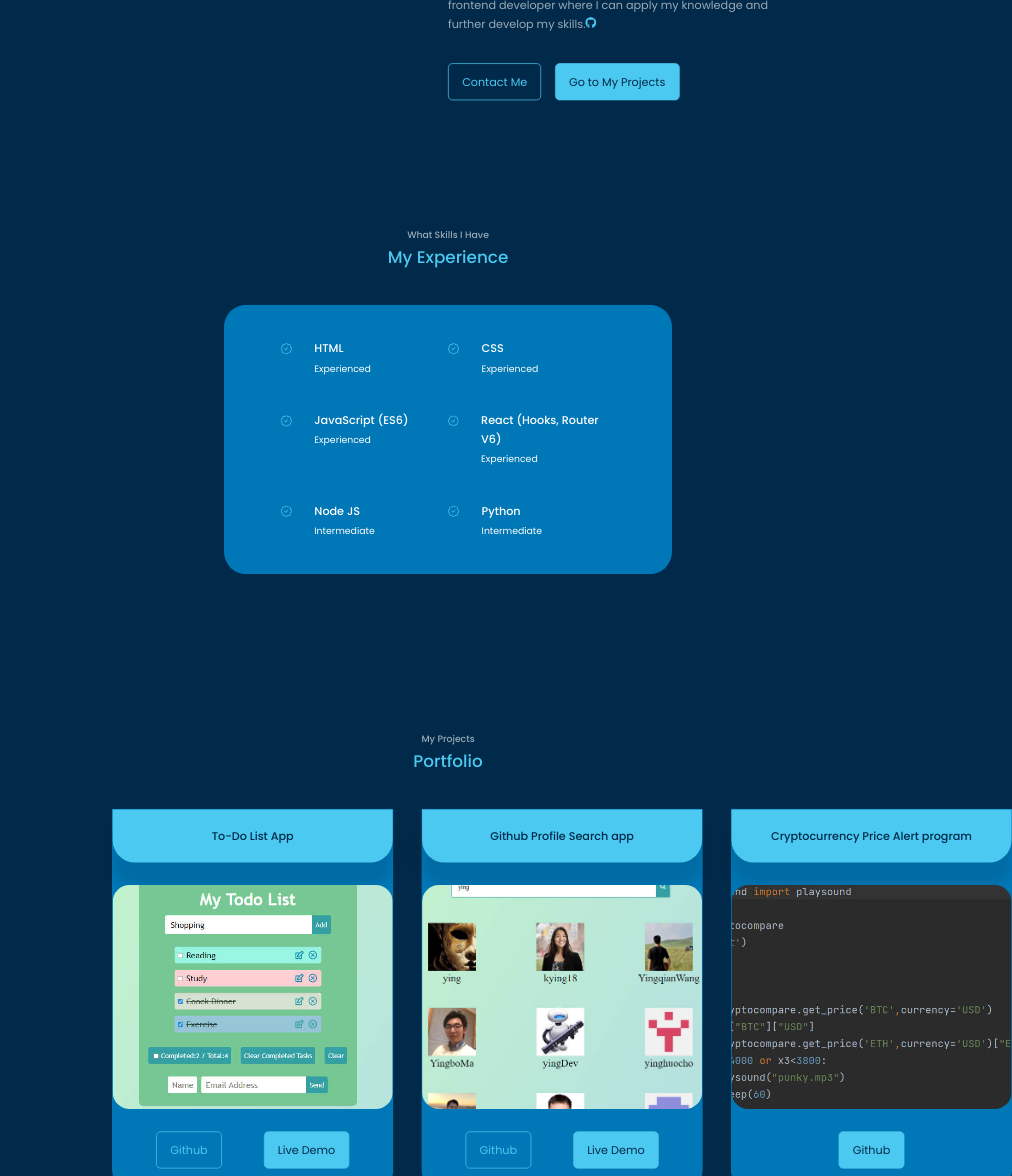
Repository: yingluo1020/react-portfolio-website
Page: /
The author's editor kept a copy of each file at every save. The page is drawn from the files as they stood at one save, then again after the next save.
The browser window is 1280 px wide. The page is 1446 px wide, so the pictures cover 1446 px, including what lies to the right of the window. The pictures show the part of the page from y = 915 to 2595 px (the page is 3823 px tall before and 3743 px after), at 70% of full size.
The project was rebuilt for these pictures with package versions that can differ from the ones it lists, and the page was loaded fresh each time. Imported but missing from the stored project, and not drawn on this page: src/assets/YingLuo_resume.pdf.

Above is the page before, as saved 2022-03-16 12:04:37.

### src/index.css
@import url('https://fonts.googleapis.com/css2?family=Poppins:wght@300;400;500;600&display=swap');

* {
 margin: 0;
 padding: 0;
 border: 0;
 outline: 0;
 box-sizing: border-box;
 list-style: none;
 text-decoration: none;
}

:root {
    --color-bg:#012a4a;
    --color-bg-variant:#0077b6;
    --color-primary:#4cc9f0;
    --color-primary-variant:rgba(77,181,255,0.4);
    --color-white:#fff;
    --color-light:rgba(255,255,255,0.6);

    --transition:all 400ms ease;

    --container-width-lg:75%;
    --container-width-md:86%;
    --container-width-sm:90%;
}

html {
    scroll-behavior:smooth;
}

::-webkit-scrollbar {
    display: none;
}

body {
    font-family: 'Poppins', sans-serif;
    background: var(--color-bg);
    color:var(--color-white);
    line-height:1.7;
}

/* general styles */
.container {
    width:var(--container-width-lg);
    margin: 0 auto;
}

h1,
h2,
h3,
h4,
h5 {
    font-weight: 500;
}

h1 {
    font-size: 2.5rem;
}

section {
    min-height: 100vh;
}

section > h2, section > h5 {
    text-align: center;
    color: var(--color-light);
}

section > h2 {
    color: var(--color-primary);
    margin-bottom: 3rem;
}

.text-light {
    color: var(--color-light);
}

a {
    color: var(--color-primary);
    transition: var(--transition);
}

a:hover {
    color: var(--color-white);
}

.btn {
    width: max-content;
    display: inline-block;
    color: var(--color-primary);
    padding: 0.75rem 1.2rem;
    border-radius:0.4rem;
    cursor: pointer;
    border: 1px solid var(--color-primary);
    transition: var(--transition);
}

.btn:hover{
    background: var(--color-white);
    color: var(--color-bg);
    border-color: transparent;
}

.btn-primary {
    background: var(--color-primary);
    color: var(--color-bg);
}

img{
    display: block;
    width: 100%;
    object-fit: cover;
}

/* media queries(medium devices)*/
@media screen and (max-width:1024px) {
    .container {
        width: var(--container-width-sm);
    }

    section> h2 {
        margin-bottom: 2rem;
    }
}

### src/components/header/Header.js
import React from 'react'
import avatar from '../../assets/avatar.JPG'
import './header.css';
import CV from '../../assets/YingLuo_resume.pdf'


function Header() {
    return (
        <header>
            <div className="container header_container">
                <h5>Hello, I'm</h5>
                <h1>Ying Luo</h1>
                <h5 className="text-light">Front-end Developer</h5>

                <div className='cta'>
                    <a href={CV} download className='btn'>Download My CV</a>
                    <a href="#contact" className='btn btn-primary'>Contact me</a>
                </div>
            </div>
        </header>
    )
}

export default Header

### src/components/nav/Nav.js
import React, { useState } from 'react'
import './nav.css'
import { AiOutlineHome, } from 'react-icons/ai'
import { AiOutlineUser } from 'react-icons/ai'
import { BiBook } from 'react-icons/bi'
import { AiOutlineFundProjectionScreen } from 'react-icons/ai'
import { BiMessageSquareDetail } from 'react-icons/bi'


function Nav() {
    const [activeNav, setActiveNav] = useState('#')
    return (
        <nav>
            <a href="#" onClick={() => setActiveNav('#')} className={activeNav === '#' ? 'active' : ''}><AiOutlineHome /></a>
            <a href="#about" onClick={() => setActiveNav('#about')} className={activeNav === '#about' ? 'active' : ''}><AiOutlineUser /></a>
            <a href="#experience" onClick={() => setActiveNav('#experience')} className={activeNav === '#experience' ? 'active' : ''}><BiBook /></a>
            <a href="#portfolio" onClick={() => setActiveNav('#services')} className={activeNav === '#services' ? 'active' : ''}><AiOutlineFundProjectionScreen /></a>
            <a href="#contact" onClick={() => setActiveNav('#contact')} className={activeNav === '#contact' ? 'active' : ''}><BiMessageSquareDetail /></a>
        </nav>
    )
}

export default Nav

### src/components/about/About.js
import React from 'react'
import avatar from '../../assets/avatar.JPG'
import { FaChalkboardTeacher } from 'react-icons/fa'
import { VscFolderLibrary } from 'react-icons/vsc'
import { FaGithub } from 'react-icons/fa';
import './about.css';

function About() {
    return (
        <section id='about'>
            <h5>My Intro</h5>
            <h2>About Me</h2>

            <div className="container about_container">
                <div className="about_me">
                    <div className="about_image">
                        <img src={avatar} alt="About Image" />
                    </div>
                </div>

                <div className="about_content">
                    <div className="about_cards">
                        <article className="about_card">
                            <FaChalkboardTeacher className='about_icon' />
                            <h5> Self-learner on Frontend </h5>
                            <small>HTML/CSS, JavaScript, React, Axios...</small>
                        </article>

                        <article className="about_card">
                            <VscFolderLibrary className='about_icon' />
                            <h5>Personal IT Projects </h5>
                            <small>10+ completed:  </small>
                            <a href="https://github.com/yingluo1020" target="_blank"><FaGithub /></a>
                        </article>
                    </div>

                    <p>I am a highly motivated self-learner software developer with experience in developing a wide range of web applications and software. My core experience is on building front-end applications using HTML, CSS, JavaScript and React. Furthermore, I have developed various automated applications using Python to reduce repetitive and time-consuming tasks. I am currently seeking to be a frontend developer where I can apply my knowledge and further develop my skills.
                        <a href="https://github.com/yingluo1020" target="_blank"><FaGithub /></a>
                    </p>
                    <div className="about_btn">
                        <a href="#contact" className="btn btn">Contact Me</a>
                        <a href="#" target="_blank" className="btn btn-primary">Go to My Projects</a>
                    </div>

                </div>
            </div>
        </section>
    )
}

export default About

### src/components/experience/Experience.js
import React from 'react'
import './experience.css';
import { BsPatchCheck } from 'react-icons/bs'


function Experience() {
    return (
        <section id='experience'>
            <h5>What Skills I Have</h5>
            <h2>My Experience</h2>

            <div className="container experience_container">
                <article className='experience_details'>
                    <BsPatchCheck className='experience_details-icon' />
                    <div>
                        <h4>HTML</h4>
                        <small className='text_light'>Experienced</small>
                    </div>
                </article>
                <article className='experience_details'>
                    <BsPatchCheck className='experience_details-icon' />
                    <div>
                        <h4>CSS</h4>
                        <small className='text_light'>Experienced</small>
                    </div>
                </article>
                <article className='experience_details'>
                    <BsPatchCheck className='experience_details-icon' />
                    <div>
                        <h4>JavaScript (ES6)</h4>
                        <small className='text_light'>Experienced</small>
                    </div>
                </article>
                <article className='experience_details'>
                    <BsPatchCheck className='experience_details-icon' />
                    <div>
                        <h4>React (Hooks, Router V6) </h4>
                        <small className='text_light'>Experienced</small>
                    </div>
                </article>
                <article className='experience_details'>
                    <BsPatchCheck className='experience_details-icon' />
                    <div>
                        <h4>Node JS</h4>
                        <small className='text_light'>Intermediate</small>
                    </div>
                </article>
                <article className='experience_details'>
                    <BsPatchCheck className='experience_details-icon' />
                    <div>
                        <h4>Python</h4>
                        <small className='text_light'>Intermediate</small>
                    </div>
                </article>
            </div>

        </section>
    )
}

export default Experience

### src/components/portfolio/Portfolio.js
import React from 'react'
import './portfolio.css';
import project1 from '../../assets/todo1.jpg'
import project2 from '../../assets/search.jpg'
import project3 from '../../assets/btc_alert.jpg'



function Portfolio() {
    return (
        <section id='portfolio'>
            <h5>My Projects</h5>
            <h2>Portfolio</h2>
            <div className="container portfolio_container ">
                <article className='portfolio'>
                    <div className="portfolio_head">
                        <h3 >To-Do List App</h3>
                    </div>

                    <div className="portfolio_item-image">
                        <img src={project1} alt="project1" />
                    </div>

                    <div className="portfolio_link">
                        <a href="https://github.com/yingluo1020/react_todoList" target='_blank' className='btn '>Github</a>
                        <a href="http://todolist.yingluoresume.com/" target='_blank' className='btn btn-primary'>Live Demo</a>
                    </div>
                </article>

                <article className='portfolio'>
                    <div className="portfolio_head">
                        <h3 >Github Profile Search app</h3>
                    </div>

                    <div className="portfolio_body">
                        <div className="portfolio_item-image">
                            <img src={project2} alt="project1" />
                        </div>
                    </div>
                    <div className="portfolio_link">
                        <a href="https://github.com" target='_blank' className='btn '>Github</a>
                        <a href="https://dribbble.com/Alien_pixels" target='_blank' className='btn btn-primary'>Live Demo</a>
                    </div>
                </article>

                <article className='portfolio'>
                    <div className="portfolio_head">
                        <h3 >Cryptocurrency Price Alert program</h3>
                    </div>

                    <div className="portfolio_body">
                        <div className="portfolio_item-image">
                            <img src={project3} alt="project1" />
                        </div>
                    </div>
                    <div className="portfolio_link">
                        <a href="https://github.com" target='_blank' className='btn btn-primary'>Github</a>
                    </div>
                </article>

            </div>
        </section>
    )
}

export default Portfolio

### src/components/contact/Contact.js
import React, { useRef } from 'react'
import './contact.css'
import { MdOutlineEmail } from 'react-icons/md'
import { RiMessengerLine } from 'react-icons/ri'
import { BsWhatsapp } from 'react-icons/bs'
import emailjs from '@emailjs/browser';


function Contact() {
    const form = useRef();

    const sendEmail = (e) => {
        e.preventDefault();

        emailjs.sendForm('service_s6sapzl', 'template_utnko3u', form.current, 'user_Ak4JS85QR5w9GZLqKm3hY')

        alert(`I'll will reply you ASAP :)`)
        e.target.reset()
    };

    return (
        <section id="contact">
            <h5>Get In Touch</h5>
            <h2>Contact Me</h2>

            <div className="container contact_container">
                <div className="contact_options">
                    <article className='contact_option'>
                        <MdOutlineEmail className='contact_option-icon' />
                        <h4>Email</h4>
                        <h5>yingluo1020@gmail.com</h5>
                        <a href="mailto:yingluo1020@gmail.com" target='_blank'>Send a message</a>
                    </article>

                    <article className='contact_option'>
                        <RiMessengerLine className='contact_option-icon' />
                        <h4>Messenger</h4>
                        <h5>Ying Luo</h5>
                        <a href="https://m.me/yng.luo" target='_blank'>Send a message</a>
                    </article>

                    <article className='contact_option'>
                        <BsWhatsapp className='contact_option-icon' />
                        <h4>WhatsApp</h4>
                        <h5>+44 7407171383</h5>
                        <a href="https://api.whatsapp.com/send?phone+447407171383" target='_blank'>Send a message</a>
                    </article>
                </div>
                {/* End of contact options */}
                <form action="" ref={form} onSubmit={sendEmail}>
                    <input type="text" name='name' placeholder='Your Name' required />
                    <input type="email" name='email' placeholder='Your Email' required />
                    <textarea type="text" name='name' placeholder='Your Message' required ></textarea>
                    <button type="submit" className="btn btn-primary">Send a message</button>
                </form>

            </div>
        </section>

    )
}

export default Contact

### src/components/footer/Footer.js
import React from 'react'
import './footer.css'
import { BsLinkedin } from 'react-icons/bs';
import { FaGithub } from 'react-icons/fa';
import { FiDribbble } from 'react-icons/fi';


function Footer() {
    return (
        <footer>
            <a href="https://github.com/yingluo1020" target="_blank" className='footer_logo'><FaGithub /> Ying Luo</a>
            <ul className='permalinks'>
                <li><a href="#">Home</a></li>
                <li><a href="#about">About</a></li>
                <li><a href="#experience">Experience</a></li>
                <li><a href="#portfolio">Portfolio</a></li>
                <li><a href="#contact">Contact</a></li>
            </ul>

            <div className="footer_copyright">
                <small>&copy; All rights reserved by Ying Luo.</small>
            </div>
        </footer>
    )
}

export default Footer

### src/components/header/header.css
header {
    height: 50vh;
    padding-top: 5rem;
    overflow: hidden;
}

.header_container {
    text-align: center;
    height: 100%;
    position: relative;
}

.cta {
    margin: 2.5rem auto;
    display: flex;
    gap:1.2rem;
    justify-content: center;
}

.avatar {
    background: linear-gradient(var(--color-primary),transparent) ;
    width: 22rem;
    height: 30rem;
    position: absolute;
    left: calc(50% - 11rem);
    border-radius: 12rem 12rem 0 0 ;
    overflow: hidden;
    padding: 5rem 1.5rem 1.5rem 1.5rem;
}


/* media queries(medium devices)*/
@media screen and (max-width:1024px) {
    header {
        height: 68vh;
    }
}

/* media queries(small devices)*/
@media screen and (max-width:600px) {
   header {
       height: 100vh;
   }
}

### src/components/nav/nav.css
nav {
    background: rgba(0, 0, 0, 0.3);
    width: max-content;
    display: block;
    padding:0.7rem 1.7rem;
    z-index: 2;
    position: fixed;
    left: 50%;
    transform: translateX(-50%);
    bottom: 2rem;
    display: flex;
    gap: 0.8rem;
    border-radius: 3rem;
    /* backdrop-filter: blur(15px); */
}

nav a {
    background: transparent;
    padding: 0.9rem;
    border-radius:50% ;
    display: flex;
    color: var(--color-light);
    font-size: 1.1rem;
}

nav a:hover{
    background: rgba(0, 0, 0, 0.3);
}

nav a.active {
    background: var(--color-primary);
    color: var(--color-bg);
}

### src/components/about/about.css
.about_container {
    display: grid;
    grid-template-columns: 35% 50%;
    gap: 15%;
}

.about_me{
    width: 100%;
    aspect-ratio: 0.95/1;
    border-radius: 2rem;
    background: linear-gradient(45deg,transparent,var( --color-primary),transparent);
    display: grid;
    place-items: center;
}

.about_image {
    border-radius: 2rem;
    overflow: hidden;
    transform: rotate(10deg);
    transition: var(--transition);
}

.about_image:hover{
    transform: rotate(0);
}

.about_image img {
    width: 75%;
    margin: 0 auto;
}
.about_cards {
    display: grid;
    grid-template-columns: repeat(2,1fr);
    gap: 1.5rem;
}

.about_card {
    background: var(--color-bg-variant);
    border:1px solid transparent ;
    border-radius: 1rem;
    padding: 2rem;
    text-align: center;
    transition: var(--transition);
}

.about_card:hover {
    background:transparent;
    border-color:var(--color-primary-variant) ;
    cursor: default;
}

.about_icon {
    color: var(--color-primary);
    font-size: 1.4rem;
    margin-bottom: 1rem;
}

.about_card h5 {
    font-size: 0.9rem;
}

.about_card small {
    font-size: 0.7rem;
    color: var(--color-light);
}
.about_content{
    height: fit-content;
}
.about_content p {
    margin: 2rem 0 2.6rem;
    color: var(--color-light);
}

.about_content .about_btn {
    display: flex;
    gap:1.2rem;
}

/* media queries(medium devices)*/
@media screen and (max-width:1024px) {
    .about_container {
        grid-template-columns: 1fr ;
        gap:0;
    }

    .about_me{
        width: 50%;
        margin: 2rem auto 4rem;
    }

    .about_content p {
        margin: 1rem 0 1.5rem;
    }
}

/* media queries(small devices)*/
@media screen and (max-width:600px) {
    .about_me{
        width: 65%;
        margin: 0 auto 3rem;
    }

    .about_cards {
        grid-template-columns: 1fr 1fr;
        gap: 1rem;
    }

    .about_content {
        text-align: center;
    }

    .about_content p {
        margin: 1.5rem 0.5rem;
    }
}

### src/components/experience/experience.css
#experience{
    margin-top: 10rem;
}

.experience_container{
    width: 50%;
    display: grid;
    grid-template-columns: 1fr 1fr;
    justify-items:  stretch;
    row-gap: 3rem ;
    background: var(--color-bg-variant);
    padding: 3rem 5rem;
    border-radius: 2rem;
    border: 1px solid transparent;
    transition: var(--transition);
}


.experience_container:hover{
    background: transparent;
    border-color: var(--color-primary-variant);
    cursor: default;
}


.experience_details {
    display: flex;
    gap: 2rem;
}

.experience_details-icon{
    margin-top: 6px;
    color: var(--color-primary);
}

/* media queries(medium devices)*/
@media screen and (max-width:1024px) {
    .experience_container  {
        width: 80%;
        padding: 2rem;
        margin: 0 auto;
    }

}

/* media queries(small devices)*/
@media screen and (max-width:600px) {
    .experience_container{
        width: 100%;
        grid-template-columns: 1fr;
        padding: 1rem;
    }

}

### src/components/portfolio/portfolio.css
.portfolio_container{
    display: grid;
    grid-template-columns: repeat(3,1fr);
    gap: 2.5rem;
}

.portfolio {
    background: var(--color-bg-variant);
    border-radius:0 0 2rem 2rem;
    border: 1px solid transparent;
    /* height: fit-content; */
    transition: var(--transition);
}

.portfolio:hover {
    background: transparent;
    border-color: var(--color-primary-variant);
    transition: var(--transition);
}

.portfolio_head{
    background: var(--color-primary);
    border-radius:0 0 2rem 2rem;
    padding: 1.5rem;
    box-shadow: 0 2rem 1rem rgba(0,0,0,0.1);
}

.portfolio_head h3 {
    text-align: center;
    font-size: 1rem;
    color: var(--color-bg);
}

.portfolio_item-image {
    width: 25rem;
    height: 20rem;
    /* aspect-ratio: 1/1;   */
    border-radius: 1.5rem;
    overflow: hidden;
    margin: 2rem auto;
}

.portfolio_item-image img {
    width: 100%;
    height: 100%;
}

.portfolio_link {
    display: flex;
    justify-content: space-around;
    margin: 2rem;
}


/* media queries(medium devices)*/
@media screen and (max-width:1024px) {
    .portfolio_container{
        grid-template-columns: 1fr 1fr;
        gap: 1.2rem;
    }
}

/* media queries(small devices)*/
@media screen and (max-width:600px) {
    .portfolio_container {
        grid-template-columns: 1fr;
        gap: 1rem;
    }
}

### src/components/contact/contact.css
.contact_container {
    width: 58%;
    display: grid;
    grid-template-columns: 30% 58%;
    gap: 12%;
}

.contact_options {
    display: flex;
    flex-direction: column;
    gap: 1.2rem;
}

.contact_option{
    background: var(--color-bg-variant);
    padding: 1.2rem ;
    border-radius:1.2rem;
    border: 1px solid transparent;
    text-align: center;
    transition: var(--transition);
}

.contact_option:hover{
    background: transparent;
    border-color: var(--color-primary-variant);
}

.contact_option-icon{
    font-size: 1.5rem;
    margin-bottom: 0.5rem;
}

.contact_option a {
    margin-top: 0.7rem;
    display: inline-block;
    font-size: 0.8rem;
}

/* form */
form {
    display: flex;
    flex-direction: column;
    gap: 1.2rem;
}

input, textarea{
    width: 100%;
    padding: 1.5rem ;
    border-radius:0.5rem;
    border: 2px solid var(--color-primary-variant);
    background: transparent;
    resize: none; /* 元素不能被用户缩放。 */
    color: var(--color-white);
}

/* media queries(medium devices)*/
@media screen and (max-width:1024px) {
    .contact_container {
        grid-template-columns: 1fr;
        gap: 2rem;
    }

}

/* media queries(small devices)*/
@media screen and (max-width:600px) {
    .contact_container{
        width: var(--container-width-sm);
    }
}

### src/components/footer/footer.css
footer {
    background: var(--color-primary);
    padding: 2rem 0;
    text-align: center;
    font-size: 0.9rem;
    margin-top: 7rem;
}

footer a {
    color: var(--color-bg);
}

.footer_logo{
    font-size: 2rem;
    font-weight: 500;
    margin-bottom: 2rem;
    display: inline-block;
}

.permalinks{
    display: flex;
    flex-wrap: wrap;
    justify-content: center;
    gap: 2rem;
    margin: 0 auto 3rem;
}

.footer_socials{
    display: flex;
    justify-content: center;
    gap: 1rem;
    margin-bottom: 4rem;
}

.footer_socials a {
    display: flex;
    background: var(--color-bg);
    color: var(--color-white);
    padding: 0.8rem;
    border-radius: 0.7rem;
    border: 1px solid transparent;
    transition: var(--transition);
}

.footer_socials a:hover{
    background: transparent;
    color: var(--color-bg);
    border-color: var(--color-bg);
}

.footer_copyright {
    margin-bottom: 4rem;
    color: var(--color-bg);
}

/* media queries(small devices)*/
@media screen and (max-width:600px) {
    .permalinks{
        flex-direction: column;
        gap: 1.5rem;
    }

    .footer_socials{
        margin-bottom: 2.6rem;
    }
}

Loaded but not shown: public/index.html (common file); src/index.js (common file); src/App.js (common file)

After the next save:
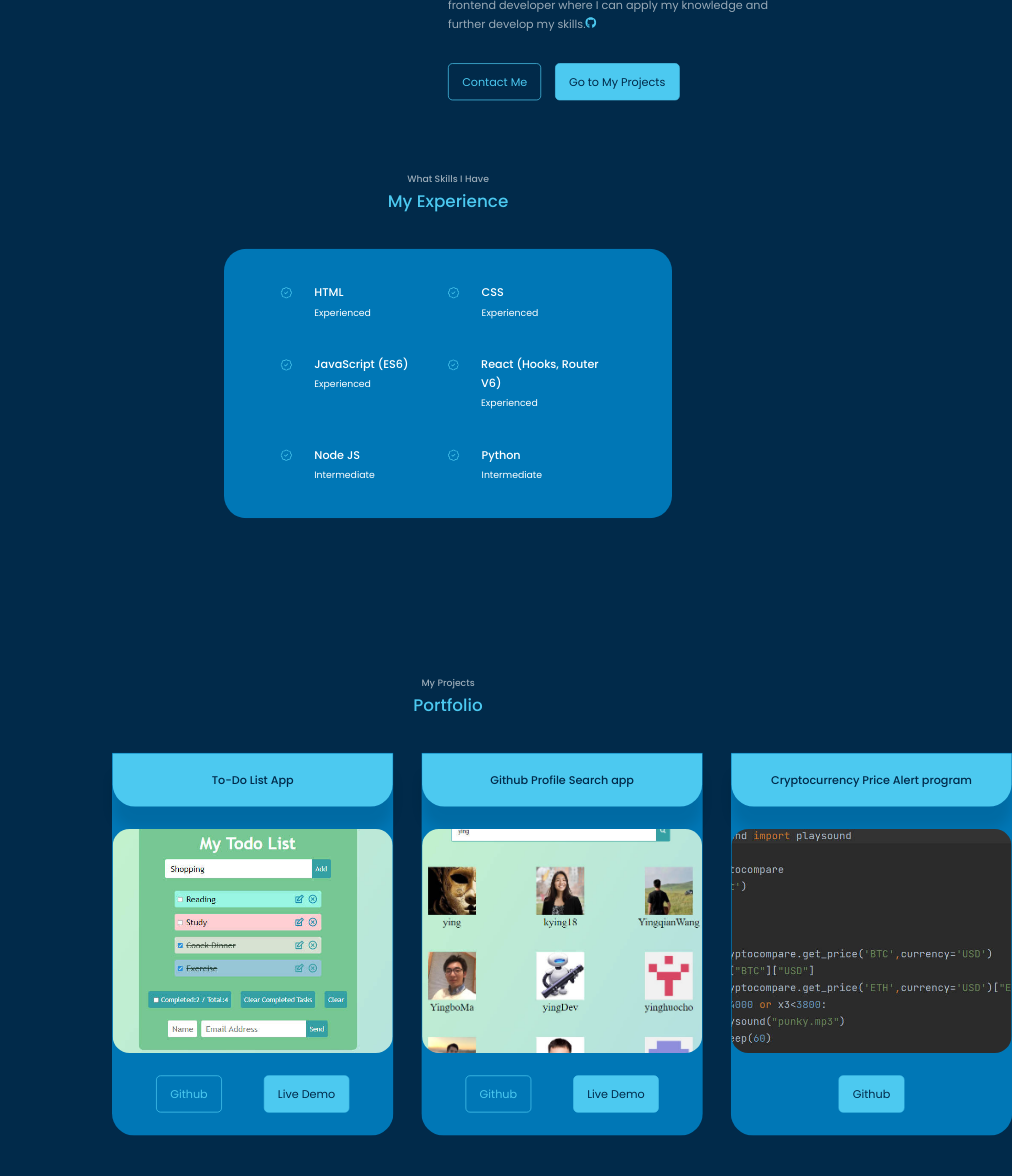
Saved 9 s later.
--- a/src/components/experience/experience.css
+++ b/src/components/experience/experience.css
@@ -1,5 +1,5 @@
 #experience{
-    margin-top: 10rem;
+    margin-top: 5rem;
 }
 
 .experience_container{
